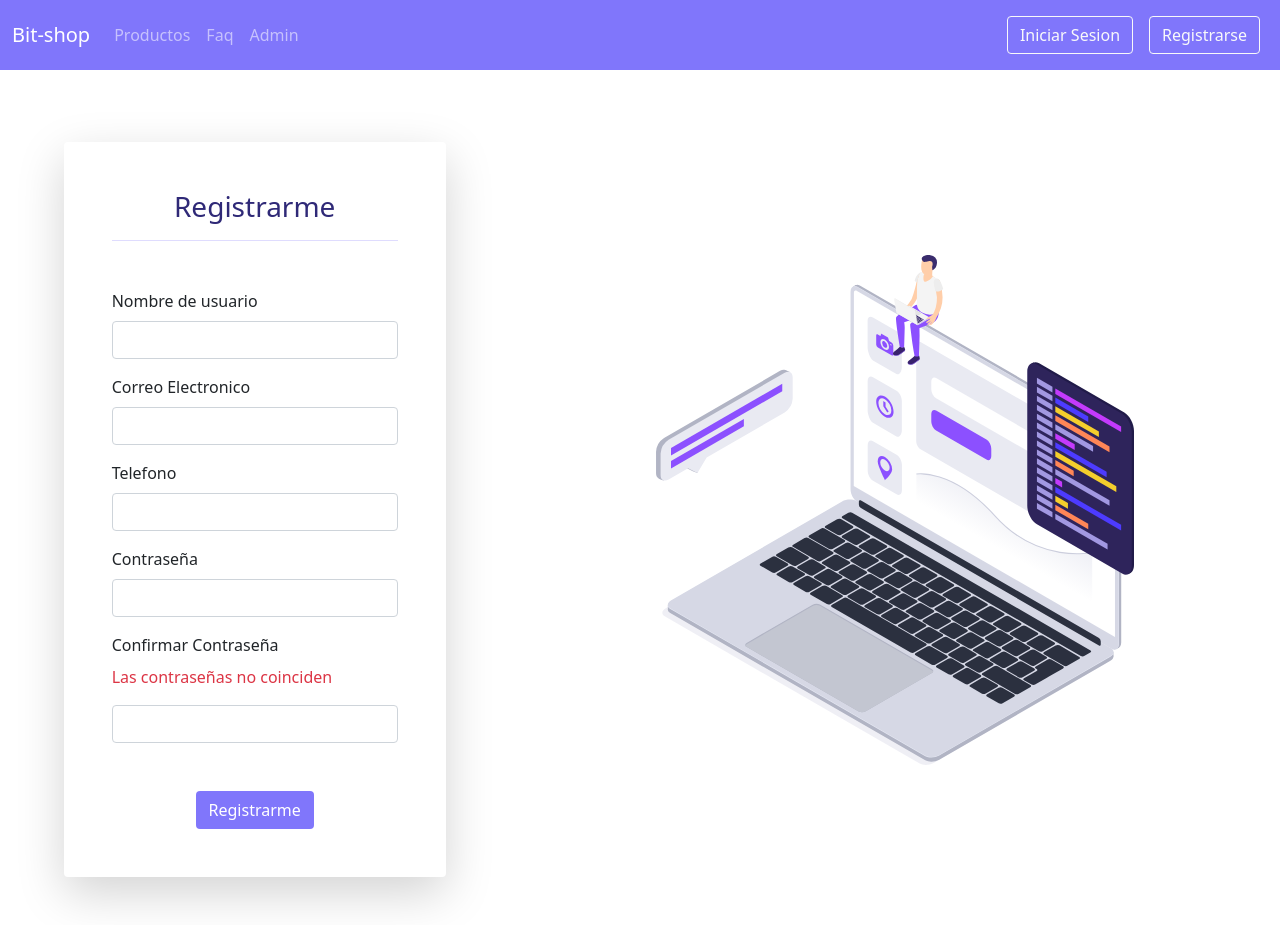
Repository: TzStrikerYT/myClassRoom
Page: /register (app in bit-shop-as/)
An editor plug-in stored every save of this project. The page is shown before and after the next save, followed by the edit.
The browser window is 1280 px wide. The pictures show the whole page.
The project was rebuilt for these pictures with package versions that can differ from the ones it lists, and the page was loaded fresh each time. Also part of the build but not shown: bit-shop-as/angular.json, bit-shop-as/src/app/components/home/home.component.ts, bit-shop-as/src/app/components/login/login.component.ts, bit-shop-as/src/app/components/page404/page404.component.ts.

Above is the page before, as saved 2022-03-01 19:17:17.

### bit-shop-as/src/index.html
<!doctype html>
<html lang="en">
<head>
  <meta charset="utf-8">
  <title>BitShopAs</title>
  <base href="/">
  <meta name="viewport" content="width=device-width, initial-scale=1">
  <link rel="icon" type="image/x-icon" href="favicon.ico">
</head>
<body>
  <app-root></app-root>
</body>
</html>

### bit-shop-as/src/styles.css
/* You can add global styles to this file, and also import other style files */
.bg-purple-pastel {
    background: #8076fb !important;
}

.bg-purple-dark {
    background: #2f2977 !important;
}

.text-purple-dark {
    color: #2f2977 !important;
}

.text-purple-pastel {
    color: #8076fb !important;
}

### bit-shop-as/src/app/app.module.ts
import { NgModule } from '@angular/core';
import { BrowserModule } from '@angular/platform-browser';
import { FormsModule } from '@angular/forms';
import { HttpClientModule } from '@angular/common/http'

import { AppRoutingModule } from './app-routing.module';
import { AppComponent } from './app.component';
import { LoginComponent } from './components/login/login.component';
import { RegisterComponent } from './components/register/register.component';
import { NavbarComponent } from './components/navbar/navbar.component';
import { HomeComponent } from './components/home/home.component';
import { Page404Component } from './components/page404/page404.component';

@NgModule({
  declarations: [
    AppComponent,
    LoginComponent,
    RegisterComponent,
    NavbarComponent,
    HomeComponent,
    Page404Component
  ],
  imports: [
    BrowserModule,
    AppRoutingModule,
    FormsModule,
    HttpClientModule
  ],
  providers: [],
  bootstrap: [AppComponent]
})
export class AppModule { }

### bit-shop-as/src/environments/environment.ts
// This file can be replaced during build by using the `fileReplacements` array.
// `ng build` replaces `environment.ts` with `environment.prod.ts`.
// The list of file replacements can be found in `angular.json`.

export const environment = {
  production: false,
  API_URL: 'http://localhost:5000/api'
};

/*
 * For easier debugging in development mode, you can import the following file
 * to ignore zone related error stack frames such as `zone.run`, `zoneDelegate.invokeTask`.
 *
 * This import should be commented out in production mode because it will have a negative impact
 * on performance if an error is thrown.
 */
// import 'zone.js/plugins/zone-error';  // Included with Angular CLI.

### bit-shop-as/src/app/app-routing.module.ts
import { NgModule } from '@angular/core';
import { RouterModule, Routes } from '@angular/router';
import { HomeComponent } from './components/home/home.component';
import { LoginComponent } from './components/login/login.component';
import { Page404Component } from './components/page404/page404.component';
import { RegisterComponent } from './components/register/register.component';

const routes: Routes = [
  { path: 'login', component: LoginComponent },
  { path: 'register', component: RegisterComponent },
  { path: 'home', component: HomeComponent },

  { path: '', redirectTo: '/home', pathMatch: 'full'},
  { path: '**', component: Page404Component}
];

@NgModule({
  imports: [RouterModule.forRoot(routes)],
  exports: [RouterModule],
})
export class AppRoutingModule {}

### bit-shop-as/src/app/app.component.ts
import { Component } from '@angular/core';

@Component({
  selector: 'app-root',
  templateUrl: './app.component.html',
  styleUrls: ['./app.component.css']
})
export class AppComponent {
  title = 'bit-shop-as';
}

### bit-shop-as/src/app/components/register/register.component.ts
import { Component, OnInit } from '@angular/core';
import { UserService } from 'src/app/services/userService/user.service';
import { NgForm } from '@angular/forms';

@Component({
  selector: 'app-register',
  templateUrl: './register.component.html',
  styleUrls: ['./register.component.css']
})
export class RegisterComponent implements OnInit {

  constructor(public userService: UserService) { }

  ngOnInit(): void {
  }

  register(form?: any){

    const {name, phone, username, email } = form.value

    if(!name || !phone || !username || !email) return alert("Uno o mas campos estan vacios")

  }

}

### bit-shop-as/src/app/components/navbar/navbar.component.ts
import { Component, OnInit } from '@angular/core';

@Component({
  selector: 'app-navbar',
  templateUrl: './navbar.component.html',
  styleUrls: ['./navbar.component.css']
})
export class NavbarComponent implements OnInit {

  token=false
  user='Michael Cocuy'

  constructor() { }

  ngOnInit(): void {
  }

}

### bit-shop-as/src/app/services/userService/user.service.ts
import { Injectable } from '@angular/core';
import { User } from '../../models/userModel'
import { HttpClient } from '@angular/common/http';
import { environment } from 'src/environments/environment';

@Injectable({
  providedIn: 'root'
})
export class UserService {

  slectedUser: User
  //url_api = 'http://localhost:5000/api/user'
  url_api = `${environment.API_URL}/user`

  constructor(public http: HttpClient) {
    this.slectedUser = new User
  }

  // conexion para login
  /*
  credentials = {
    email: "",
    password: "",
  }
  */

  login(credentials: any){
    return this.http.post(`${this.url_api}/login`, credentials)
  }


}

### bit-shop-as/src/app/components/register/register.component.html
<section class="mt-4">

    <div class="row w-100">
        <div class="col-lg-5 py-5 d-flex align-items-center justify-content-center">

            <div class="p-5 shadow-lg rounded w-75">

                <h3 class="text-purple-dark mb-3 text-center">Registrarme</h3>
                <hr class="mb-5 text-purple-pastel">

                <form #userForm="ngForm">
                  <div class="mb-3">
                    <label for="exampleInputEmail1" class="form-label">Nombre de usuario</label>
                    <input type="text" class="form-control" name="username" #username="ngModel" [(ngModel)]="userService.slectedUser.username" aria-describedby="emailHelp">
                  </div>
                    <div class="mb-3">
                      <label for="exampleInputEmail1" class="form-label">Correo Electronico</label>
                      <input type="email" class="form-control" name="email" #email="ngModel" [(ngModel)]="userService.slectedUser.email" aria-describedby="emailHelp">
                    </div>
                    <div class="mb-3">
                      <label for="exampleInputEmail1" class="form-label">Telefono</label>
                      <input type="number" class="form-control" name="phone" #phone="ngModel" [(ngModel)]="userService.slectedUser.phone" aria-describedby="emailHelp">
                    </div>
                    <div class="mb-3">
                      <label for="exampleInputPassword1" class="form-label">Contraseña</label>
                      <input type="password" class="form-control"  name="password" #password="ngModel" [(ngModel)]="userService.slectedUser.password">
                    </div>

                    <div class="mb-3">
                      <label class="form-label">Confirmar Contraseña</label>
                      <p class="text-danger" *ngIf="userService.slectedUser.password === userService.slectedUser.confirmPassword">Las contraseñas no coinciden</p>
                      <input type="password" class="form-control"  name="confirmPassword" #confirmPassword="ngModel" [(ngModel)]="userService.slectedUser.confirmPassword">
                    </div>

                    <div class="text-center mt-5">
                        <a class="btn bg-purple-pastel text-white text-center" (click)="register(userForm)">Registrarme</a>
                    </div>
                  </form>
            </div>

        </div>

        <div class="col-lg-7 bg-image">

        </div>

    </div>

</section>

### bit-shop-as/src/app/components/register/register.component.css
.bg-image {
    background: url('../../../assets/img/fondo2.svg');
    background-repeat: no-repeat;
    background-size: 64%;
    background-position: center;
}

### bit-shop-as/src/app/components/navbar/navbar.component.html
<nav class="navbar navbar-expand-lg navbar-dark bg-purple-pastel">
  <div class="container-fluid">
    <a class="navbar-brand" href="/home">Bit-shop</a>
    <button
      class="navbar-toggler"
      type="button"
      data-bs-toggle="collapse"
      data-bs-target="#navbarNavAltMarkup"
      aria-controls="navbarNavAltMarkup"
      aria-expanded="false"
      aria-label="Toggle navigation"
    >
      <span class="navbar-toggler-icon"></span>
    </button>
    <div class="collapse navbar-collapse" id="navbarNavAltMarkup">
      <div class="navbar-nav">
        <a class="nav-link" aria-current="page" href="#">Productos</a>
        <a class="nav-link" href="#">Faq</a>
        <a class="nav-link" href="#">Admin</a>
      </div>

      <div class="navbar-nav ms-auto" *ngIf="!token else usserLogged">
        <a class="btn btn-outline-light m-2" href="/login">Iniciar Sesion</a>
        <a class="btn btn-outline-light m-2" href="/register">Registrarse</a>
      </div>

      <ng-template #usserLogged>
        <div class="navbar-nav ms-auto">
            <a class="btn btn-outline-light dropdown-toggle" data-bs-toggle="dropdown" aria-expanded="false">
                {{ user }}
            </a>
              <ul class="dropdown-menu dropdown-menu-end">
                <li><button class="dropdown-item" type="button">Opciones</button></li>
                <li><button class="dropdown-item" type="button">Mis compras</button></li>
                <hr>
                <li><button class="dropdown-item" type="button">Cerrar Sesion</button></li>
              </ul>
          </div>
      </ng-template>

    </div>
  </div>
</nav>

### bit-shop-as/src/app/models/userModel.ts
export class User {
  _id: string;
  email: string;
  password: string;
  phone: string;
  username: string;
  Permissions: any;
  isLogged: boolean;
  confirmPassword: string;

  constructor(
    _id = '',
    email = '',
    password = '',
    phone = '',
    username = '',
    Permissions = {},
    isLogged = false,
    confirmPassword = ""
  ) {
    this._id = _id;
    this.email = email;
    this.password = password;
    this.phone = phone;
    this.username = username;
    this.Permissions = Permissions;
    this.isLogged = isLogged;
    this.confirmPassword = confirmPassword
  }
}

Loaded but not shown: bit-shop-as/src/main.ts (common file); bit-shop-as/src/app/app.component.html (common file); bit-shop-as/src/app/app.component.css (no stored copy; drawn as an empty file); bit-shop-as/src/app/components/navbar/navbar.component.css (no stored copy; drawn as an empty file)

After the next save:
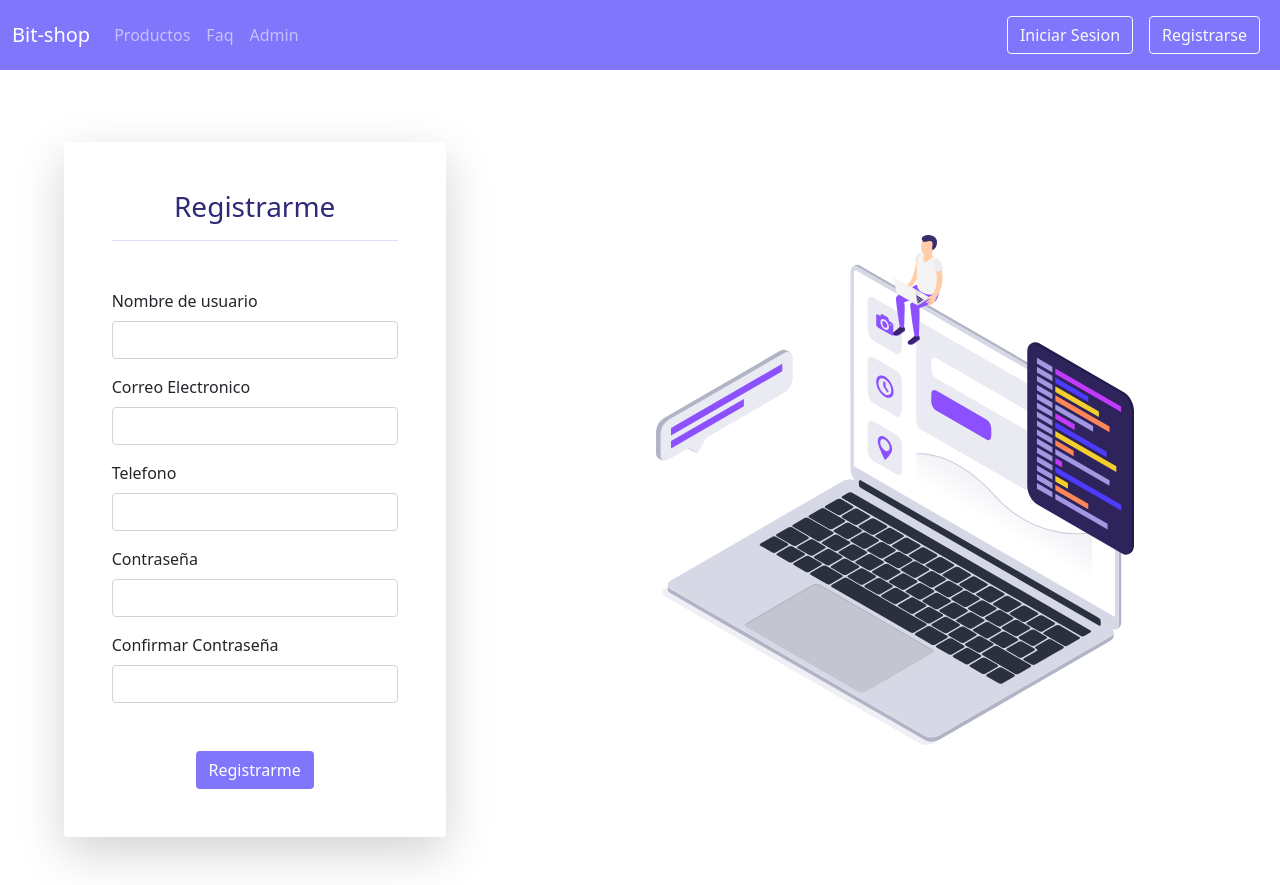
Saved 34 s later.
--- a/bit-shop-as/src/app/components/register/register.component.html
+++ b/bit-shop-as/src/app/components/register/register.component.html
@@ -28,7 +28,7 @@
 
                     <div class="mb-3">
                       <label class="form-label">Confirmar Contraseña</label>
-                      <p class="text-danger" *ngIf="userService.slectedUser.password === userService.slectedUser.confirmPassword">Las contraseñas no coinciden</p>
+                      <p class="text-danger" *ngIf="userService.slectedUser.password !== userService.slectedUser.confirmPassword">Las contraseñas no coinciden</p>
                       <input type="password" class="form-control"  name="confirmPassword" #confirmPassword="ngModel" [(ngModel)]="userService.slectedUser.confirmPassword">
                     </div>
 

After the save that followed:
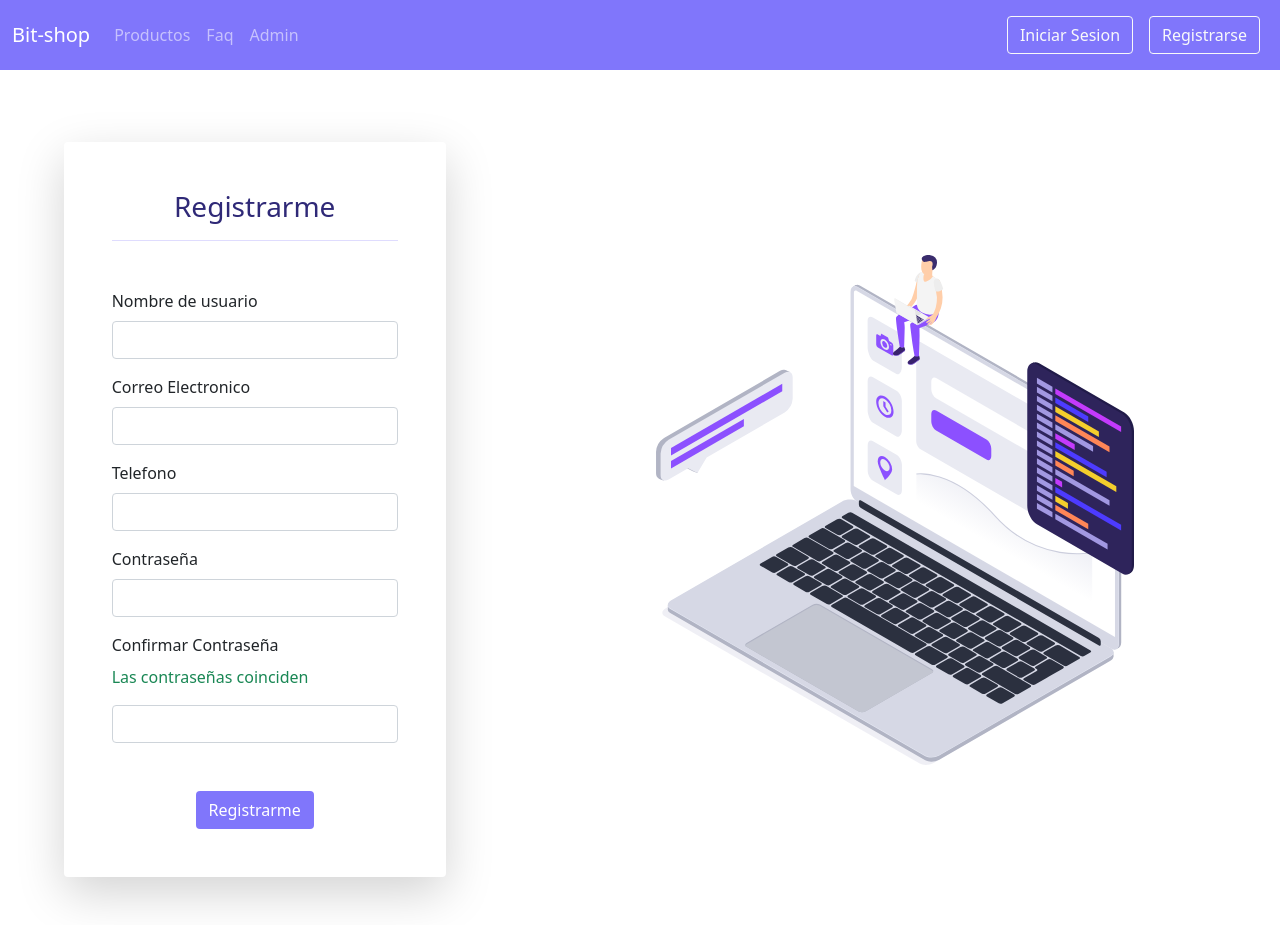
Saved 61 s later.
--- a/bit-shop-as/src/app/components/register/register.component.html
+++ b/bit-shop-as/src/app/components/register/register.component.html
@@ -28,7 +28,8 @@
 
                     <div class="mb-3">
                       <label class="form-label">Confirmar Contraseña</label>
-                      <p class="text-danger" *ngIf="userService.slectedUser.password !== userService.slectedUser.confirmPassword">Las contraseñas no coinciden</p>
+                      <p class="text-success" *ngIf="userService.slectedUser.password === userService.slectedUser.confirmPassword">Las contraseñas coinciden</p>
+
                       <input type="password" class="form-control"  name="confirmPassword" #confirmPassword="ngModel" [(ngModel)]="userService.slectedUser.confirmPassword">
                     </div>
 
